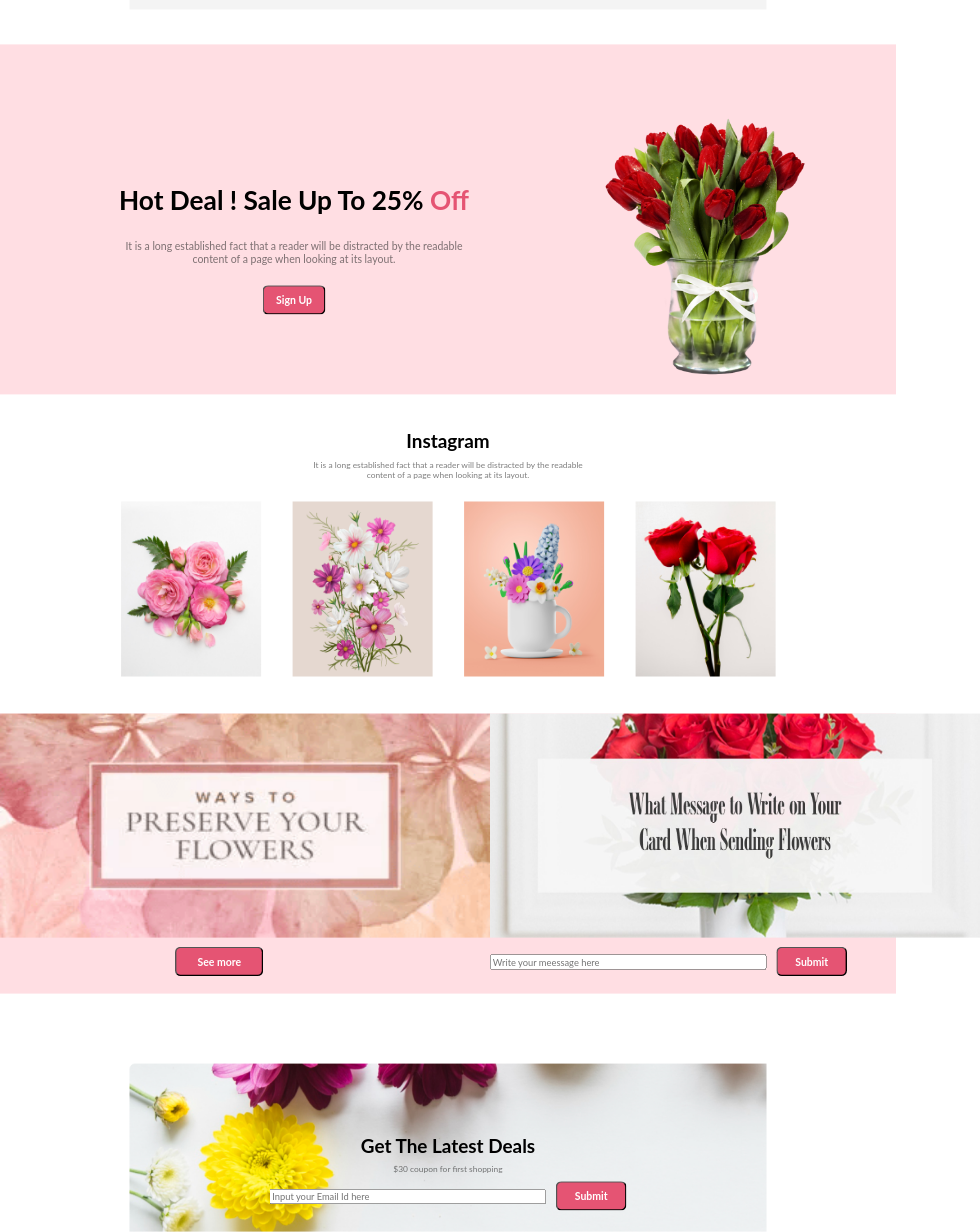
Repository: sadiaafsana138/Flower-Shop_Responsive
Page: index.html
These files come from the project's save history. The page is drawn as it stood at one moment and after the next save; the edit follows.
The browser window is 1280 px wide. The page is 1400 px wide, so the pictures cover 1400 px, including what lies to the right of the window. The pictures show the part of the page from y = 1278 to 3038 px (the page is 3038 px tall before and 2958 px after), at 70% of full size.

Above is the page before, as saved 2023-08-30 06:58:18.

After the next save:
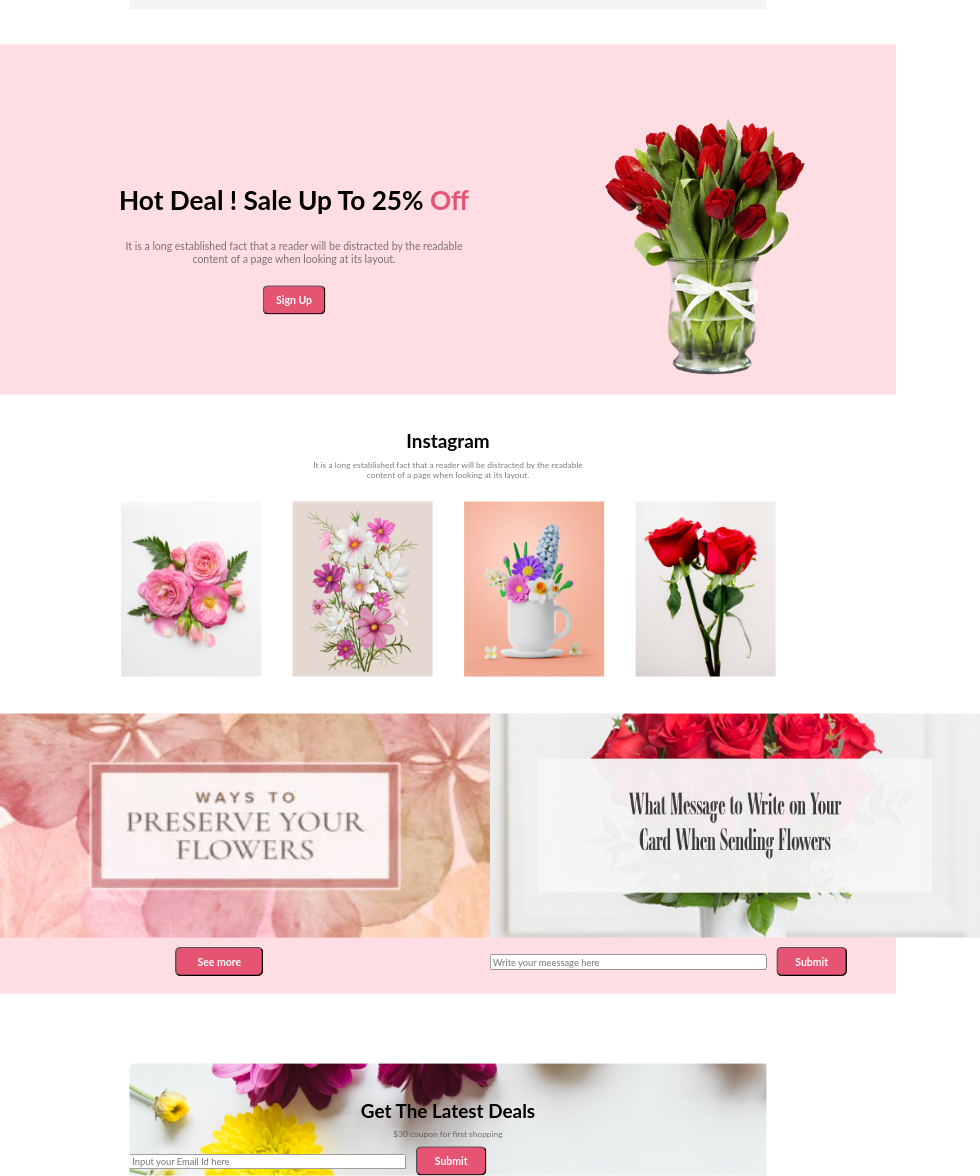
Saved 20 s later.
--- a/Flower.css
+++ b/Flower.css
@@ -143,7 +143,7 @@
     background-image: url(Images/13.png);
     margin: 100px 185px 0px;
 }
-.Sec6{
+.Sec7{
     padding: 50px 0px 30px;
     text-align: center;
 }

After the save that followed:
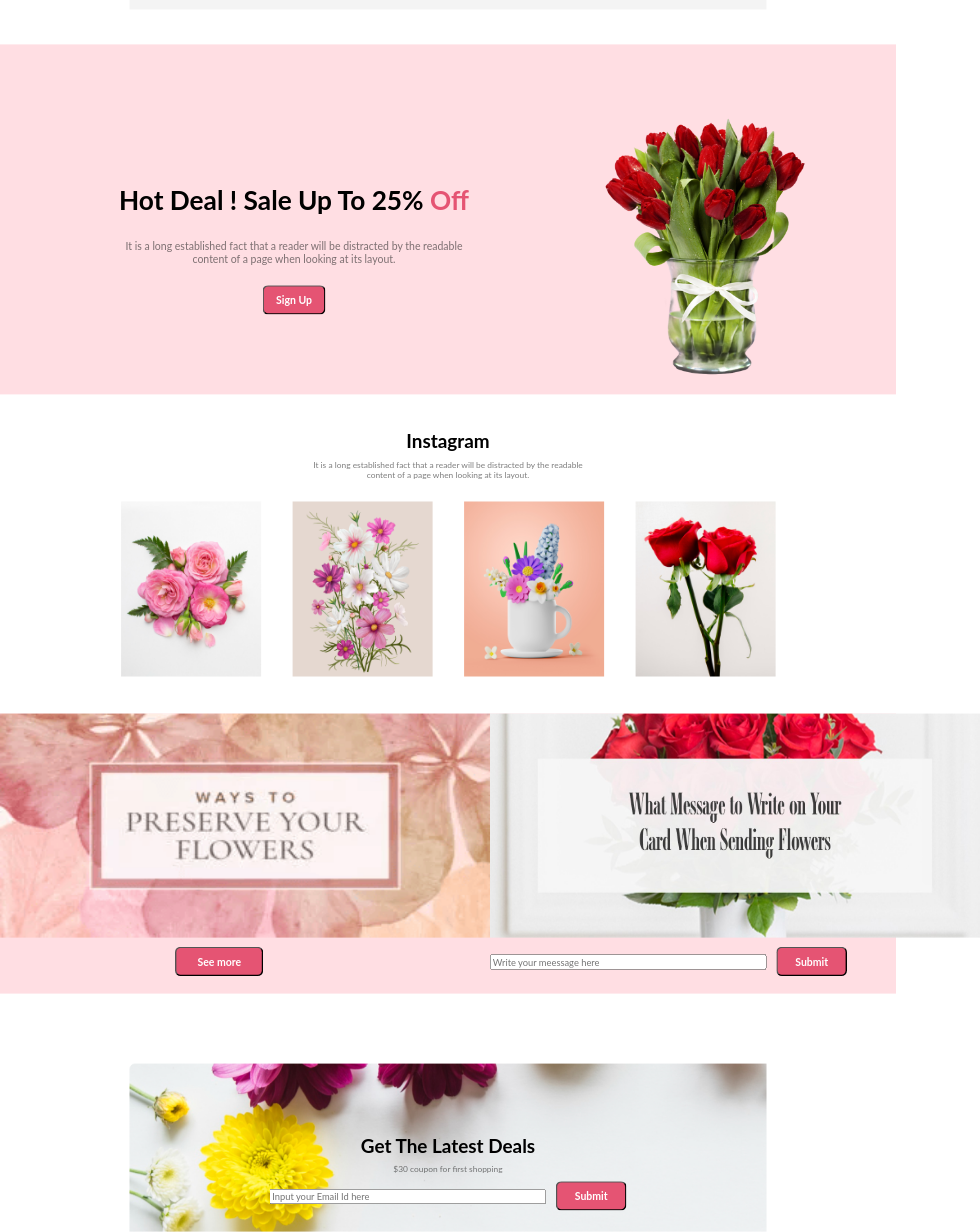
Saved 14 s later.
--- a/index.html
+++ b/index.html
@@ -166,7 +166,7 @@
             </div>
         </section>
         <section class="Section7">
-            <div class="Sec6">
+            <div class="Sec7">
                 <div id="Section_2_header1">
                     <h1>
                         Get The Latest Deals
